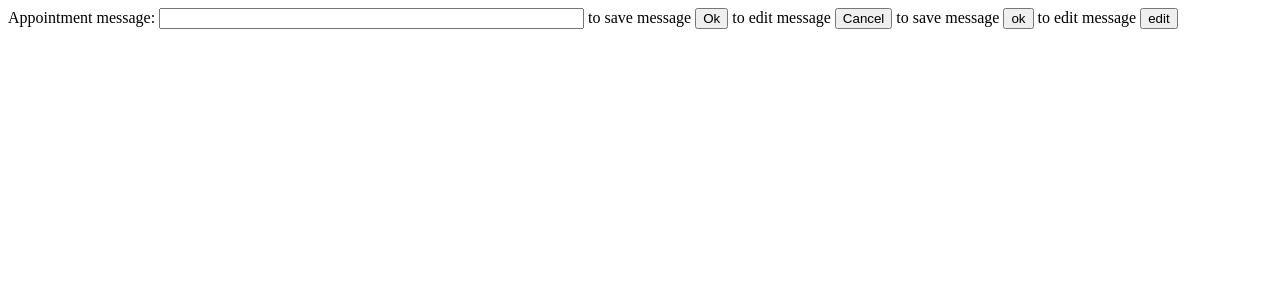
Repository: shiveshk/PullData
Page: http://localhost/Hams/message.jsp
An editor plug-in stored every save of this project. The page is shown before and after the next save, followed by the edit.
The browser window is 1280 px wide. The pictures show the whole page.
The page is served by Tomcat 9. Nobody is signed in. The application's start-up code is not run. Other server files are loaded and not shown.

Above is the page before, as saved 2015-11-06 07:48:49.

### Hams/WebContent/message.jsp
<%@ page language="java" contentType="text/html; charset=ISO-8859-1"
    pageEncoding="ISO-8859-1"%>
<!DOCTYPE html PUBLIC "-//W3C//DTD HTML 4.01 Transitional//EN" "http://www.w3.org/TR/html4/loose.dtd">
<html>
<head>
<meta http-equiv="Content-Type" content="text/html; charset=ISO-8859-1">
<title>Insert title here</title>
</head>
<body>

Appointment message: <input type="text" id="patient_name" name="patient_name" value="${sessionScope.patient_name}" size=50 maxlength=500 />

to save message <button>Ok</button>
to edit message <button>Cancel</button>

to save message <input type="submit" name="action" value="ok" />
to edit message <input type="submit" name="action" value="edit" />

</body>
</html>

After the next save:
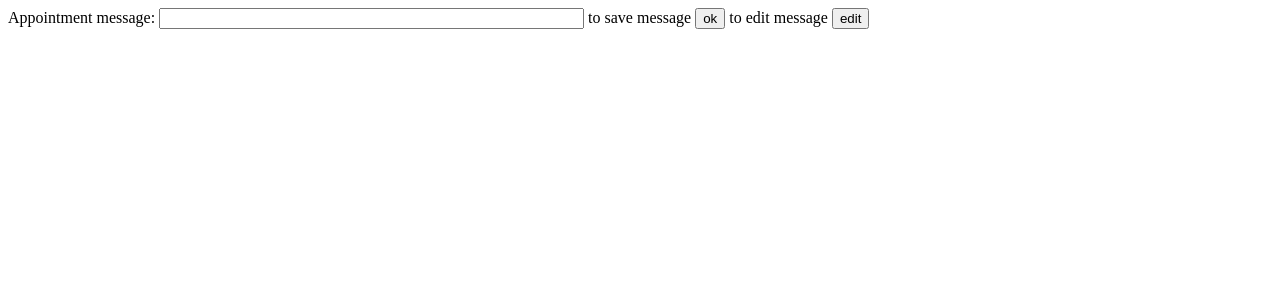
Saved 8 s later.
--- a/Hams/WebContent/message.jsp
+++ b/Hams/WebContent/message.jsp
@@ -10,9 +10,6 @@
 
 Appointment message: <input type="text" id="patient_name" name="patient_name" value="${sessionScope.patient_name}" size=50 maxlength=500 />
 
-to save message <button>Ok</button>
-to edit message <button>Cancel</button>
-
 to save message <input type="submit" name="action" value="ok" />
 to edit message <input type="submit" name="action" value="edit" />
 
